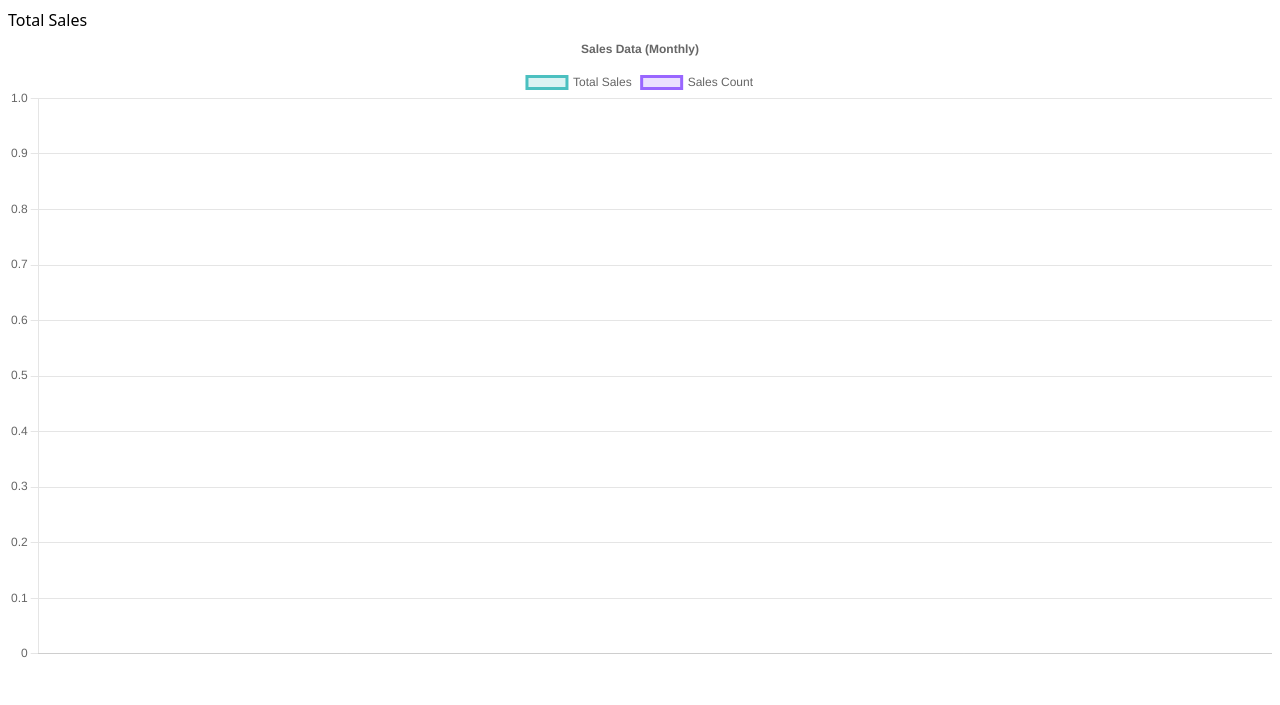
Repository: Qu4ntumGuy/visualize-it
Page: / (app in frontend/)
These files come from the project's save history. The page is drawn as it stood at one moment and after the next save; the edit follows.
The browser window is 1280 px wide. The pictures show the whole page.
The page's requests for data from a server got no answer. The project was rebuilt for these pictures with package versions that can differ from the ones it lists, and the page was loaded fresh each time. No one was signed in, and anything a server would have sent is missing.

Above is the page before, as saved 2024-08-19 14:10:40.

After the next save:
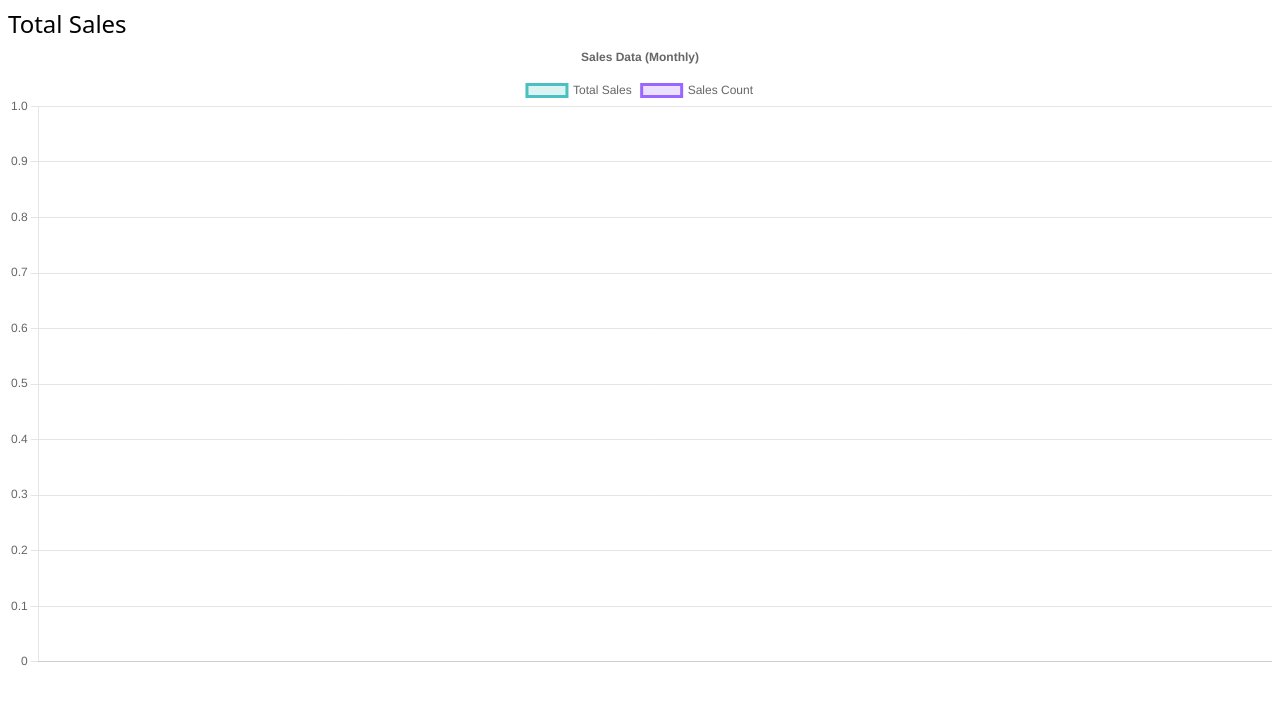
Saved 46 s later.
--- a/frontend/src/App.js
+++ b/frontend/src/App.js
@@ -25,7 +25,7 @@ function App() {
   return (
     <div className="h-screen overflow-hidden">
       <div className="h-screen overflow-y-auto p-2 max-w-7xl mx-auto">
-        <div>Total Sales</div>
+        <div className=" text-2xl">Total Sales</div>
         <TotalSales dataType={dataType} fetchedData={data} />
         <div></div>
       </div>
